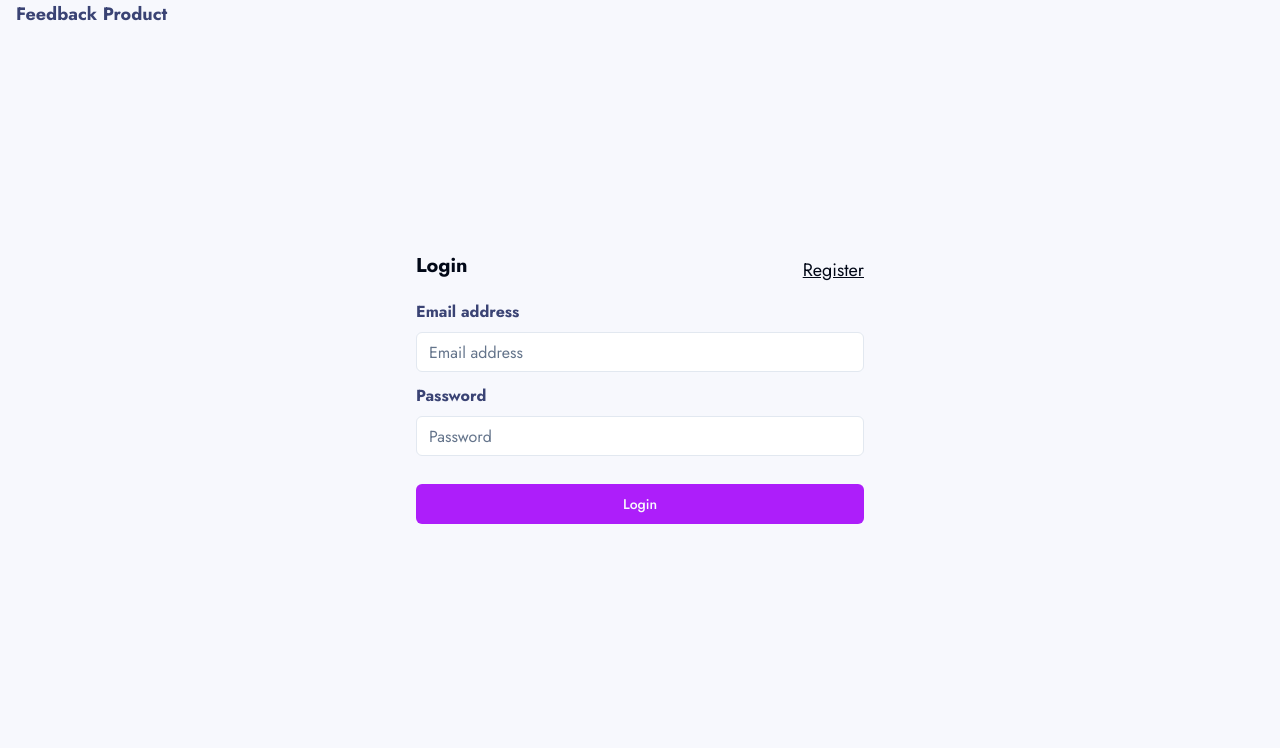
Repository: KornelJanczak/product-feedback-app
Page: /login
An editor plug-in stored every save of this project. The page is shown before and after the next save, followed by the edit.
The browser window is 1280 px wide. The pictures show the whole page.
The page's requests for data from a server got no answer. The project was rebuilt for these pictures with package versions that can differ from the ones it lists, and the page was loaded fresh each time. The framework's server and built-in components were replaced by stand-ins that run in the browser. No one was signed in, and anything a server would have sent is missing. Also part of the build but not shown: next.config.js, next.config.mjs.

Above is the page before, as saved 2024-01-28 19:46:24.

### app/layout.tsx
import type { Metadata } from "next";
import { Jost } from "next/font/google";
import { Toaster } from "sonner";
import "./globals.css";
import { authOptions } from "@/app/api/auth/[...nextauth]/options";
import { getServerSession } from "next-auth";
import AuthProvider from "@/providers/session-provider";

export const jost = Jost({
  subsets: ["latin"],
});

export const metadata: Metadata = {
  title: "Product Feedback",
  description: "Create your own section!",
};

export default async function RootLayout({
  children,
}: Readonly<{
  children: React.ReactNode;
}>) {
  const session = await getServerSession(authOptions);

  return (
    <html lang="en">
      <body
        className={`${jost.className} bg-darkWhite`}
        suppressHydrationWarning={true}
      >
        <AuthProvider session={session}>
          <Toaster position="top-center" />
          {children}
        </AuthProvider>
      </body>
    </html>
  );
}

### app/(auth)/layout.tsx
import { ReactNode } from "react";

export default function Layout({ children }: { children: ReactNode }) {
  return (
    <>
      <header className="container text-lg font-bold text-secondDark">
        <h2>Feedback Product</h2>
      </header>
      {children}
    </>
  );
}

### app/(auth)/login/page.tsx
import LoginForm from "../_components/login-form";

export default function LoginPage() {
  return <LoginForm />;
}

### app/globals.css
@tailwind base;
@tailwind components;
@tailwind utilities;

* {
  margin: 0;
  padding: 0;
}

@layer base {
  :root {
    --background: 0 0% 100%;
    --foreground: 222.2 84% 4.9%;

    --card: 0 0% 100%;
    --card-foreground: 222.2 84% 4.9%;

    --popover: 0 0% 100%;
    --popover-foreground: 222.2 84% 4.9%;

    --primary: 222.2 47.4% 11.2%;
    --primary-foreground: 210 40% 98%;

    --secondary: 210 40% 96.1%;
    --secondary-foreground: 222.2 47.4% 11.2%;

    --muted: 210 40% 96.1%;
    --muted-foreground: 215.4 16.3% 46.9%;

    --accent: 210 40% 96.1%;
    --accent-foreground: 222.2 47.4% 11.2%;

    --destructive: 0 84.2% 60.2%;
    --destructive-foreground: 210 40% 98%;

    --border: 214.3 31.8% 91.4%;
    --input: 214.3 31.8% 91.4%;
    --ring: 222.2 84% 4.9%;

    --radius: 0.5rem;
  }

  .dark {
    --background: 222.2 84% 4.9%;
    --foreground: 210 40% 98%;

    --card: 222.2 84% 4.9%;
    --card-foreground: 210 40% 98%;

    --popover: 222.2 84% 4.9%;
    --popover-foreground: 210 40% 98%;

    --primary: 210 40% 98%;
    --primary-foreground: 222.2 47.4% 11.2%;

    --secondary: 217.2 32.6% 17.5%;
    --secondary-foreground: 210 40% 98%;

    --muted: 217.2 32.6% 17.5%;
    --muted-foreground: 215 20.2% 65.1%;

    --accent: 217.2 32.6% 17.5%;
    --accent-foreground: 210 40% 98%;

    --destructive: 0 62.8% 30.6%;
    --destructive-foreground: 210 40% 98%;

    --border: 217.2 32.6% 17.5%;
    --input: 217.2 32.6% 17.5%;
    --ring: 212.7 26.8% 83.9%;
  }
}

@layer base {
  * {
    @apply border-border;
  }
  body {
    @apply bg-background text-foreground;
  }
}

### app/api/auth/[...nextauth]/options.ts
import NextAuth, { NextAuthOptions } from "next-auth";
import GithubProvider from "next-auth/providers/github";
import CredentialsProvider from "next-auth/providers/credentials";
import { PrismaAdapter } from "@next-auth/prisma-adapter";
import bcryptjs from "bcryptjs";
import prisma from "@/lib/db";

export const authOptions: NextAuthOptions = {
  adapter: PrismaAdapter(prisma),
  session: {
    strategy: "jwt",
  },
  secret: process.env.NEXTAUTH_SECRET,
  pages: {
    signIn: "/login",
  },
  providers: [
    GithubProvider({
      clientId: process.env.GITHUB_ID as string,
      clientSecret: process.env.GITHUB_SECRET as string,
    }),
    CredentialsProvider({
      name: "credentials",
      credentials: {},
      async authorize(credentials) {
        try {
          const { email, password } = credentials as {
            email: string;
            password: string;
          };

          console.log(email, password);
          const user = await prisma?.user.findFirst({
            where: {
              email,
            },
          });

          if (!user) return null;

          const passwordMatch = await bcryptjs.compare(
            password,
            user.password as string
          );

          if (!passwordMatch) return null;

          return user;
        } catch {
          return null;
        }
      },
    }),
  ],
  callbacks: {
    async signIn({ user, account }) {
      if (account?.provider == "credentials") return user;

      if (account?.provider === "github") {
        try {
          const existingUser = await prisma.user.findFirst({
            where: {
              email: user.email as string,
            },
          });

          if (existingUser) return existingUser;

          const newUser = await prisma.user.create({
            data: {
              userName: user.name!,
              email: user.email!,
            },
          });

          return newUser as any;
        } catch {
          return false;
        }
      }
    },
    async jwt({ token }) {
      const dbUser = await prisma.user.findFirst({
        where: {
          email: token.email as string,
        },
      });

      if (!dbUser) return token;

      return {
        id: dbUser.id,
        email: dbUser.email,
        name: dbUser.userName,
      };
    },

    async session({ token, session }) {
      if (token) {
        return {
          ...session,
          user: {
            email: token.email,
            name: token.name,
            id: token.id,
          },
        };
      }
      return session;
    },
    async redirect({ url, baseUrl }) {
      // if (url.startsWith("/")) return `${baseUrl}`;
      // // Allows callback URLs on the same origin
      // else if (new URL(url).origin === baseUrl) return baseUrl;
      // return baseUrl;
      return "/";
    },
  },
};

export default NextAuth(authOptions);

### providers/session-provider.tsx
"use client";
import { SessionProvider } from "next-auth/react";
import { ReactNode } from "react";
export default function AuthProvider({
  children,
  session,
}: {
  children: ReactNode;
  session: any;
}) {
  return <SessionProvider session={session}>{children}</SessionProvider>;
}

### app/(auth)/_components/login-form.tsx
"use client";
import { zodResolver } from "@hookform/resolvers/zod";
import { useForm, SubmitHandler } from "react-hook-form";
import {
  Form,
  FormControl,
  FormField,
  FormItem,
  FormLabel,
  FormMessage,
} from "@/components/ui/form";
import { Input } from "@/components/ui/input";
import * as z from "zod";
import { useRouter } from "next/navigation";
import SubmitBtn from "./submit-btn";
import { signIn } from "next-auth/react";
import { useState } from "react";
import { toast } from "sonner";
import { loginFormSchema } from "@/models/@auth-schema";

export default function LoginForm() {
  const router = useRouter();
  const [pending, setPending] = useState<boolean>(false);

  type Inputs = z.infer<typeof loginFormSchema>;

  const form = useForm<z.infer<typeof loginFormSchema>>({
    resolver: zodResolver(loginFormSchema),
    defaultValues: {
      email: "",
      password: "",
    },
  });

  const processForm: SubmitHandler<Inputs> = async (data) => {
    setPending(true);
    try {
      await signIn("credentials", data);
      toast.success("You are logged!");
    } catch {
      toast.error("Something went wrong");
    } finally {
      setPending(false);
    }
  };

  return (
    <section className="container h-screen flex items-center justify-center ">
      <Form {...form}>
        <form
          className="max-w-md w-full"
          onSubmit={form.handleSubmit(processForm)}
        >
          <div className="flex justify-between items-center">
            <h3 className="font-bold text-xl pb-2">Login</h3>
            <span
              className="text-lg cursor-pointer underline hover:text-pink hover:transition duration-300"
              onClick={() => router.push("/register")}
            >
              Register
            </span>
          </div>
          <FormField
            control={form.control}
            name="email"
            render={({ field }) => (
              <FormItem className="pt-2 md:pt-3">
                <FormLabel className="md:text-base">Email address</FormLabel>
                <FormControl>
                  <Input
                    placeholder="Email address"
                    {...field}
                    className="md:text-base"
                    type="email"
                    required
                  />
                </FormControl>
                <FormMessage className="md:text-base" />
              </FormItem>
            )}
          />
          <FormField
            control={form.control}
            name="password"
            render={({ field }) => (
              <FormItem className="pt-2 md:pt-3">
                <FormLabel className="md:text-base">Password</FormLabel>
                <FormControl>
                  <Input
                    placeholder="Password"
                    {...field}
                    className="md:text-base"
                    type="password"
                    required
                  />
                </FormControl>
                <FormMessage className="md:text-base" />
              </FormItem>
            )}
          />
          <SubmitBtn pending={pending}>Login</SubmitBtn>
        </form>
      </Form>
    </section>
  );
}

### components/ui/form.tsx
import * as React from "react"
import * as LabelPrimitive from "@radix-ui/react-label"
import { Slot } from "@radix-ui/react-slot"
import {
  Controller,
  ControllerProps,
  FieldPath,
  FieldValues,
  FormProvider,
  useFormContext,
} from "react-hook-form"

import { cn } from "@/lib/utils"
import { Label } from "@/components/ui/label"

const Form = FormProvider

type FormFieldContextValue<
  TFieldValues extends FieldValues = FieldValues,
  TName extends FieldPath<TFieldValues> = FieldPath<TFieldValues>
> = {
  name: TName
}

const FormFieldContext = React.createContext<FormFieldContextValue>(
  {} as FormFieldContextValue
)

const FormField = <
  TFieldValues extends FieldValues = FieldValues,
  TName extends FieldPath<TFieldValues> = FieldPath<TFieldValues>
>({
  ...props
}: ControllerProps<TFieldValues, TName>) => {
  return (
    <FormFieldContext.Provider value={{ name: props.name }}>
      <Controller {...props} />
    </FormFieldContext.Provider>
  )
}

const useFormField = () => {
  const fieldContext = React.useContext(FormFieldContext)
  const itemContext = React.useContext(FormItemContext)
  const { getFieldState, formState } = useFormContext()

  const fieldState = getFieldState(fieldContext.name, formState)

  if (!fieldContext) {
    throw new Error("useFormField should be used within <FormField>")
  }

  const { id } = itemContext

  return {
    id,
    name: fieldContext.name,
    formItemId: `${id}-form-item`,
    formDescriptionId: `${id}-form-item-description`,
    formMessageId: `${id}-form-item-message`,
    ...fieldState,
  }
}

type FormItemContextValue = {
  id: string
}

const FormItemContext = React.createContext<FormItemContextValue>(
  {} as FormItemContextValue
)

const FormItem = React.forwardRef<
  HTMLDivElement,
  React.HTMLAttributes<HTMLDivElement>
>(({ className, ...props }, ref) => {
  const id = React.useId()

  return (
    <FormItemContext.Provider value={{ id }}>
      <div ref={ref} className={cn("space-y-2", className)} {...props} />
    </FormItemContext.Provider>
  )
})
FormItem.displayName = "FormItem"

const FormLabel = React.forwardRef<
  React.ElementRef<typeof LabelPrimitive.Root>,
  React.ComponentPropsWithoutRef<typeof LabelPrimitive.Root>
>(({ className, ...props }, ref) => {
  const { error, formItemId } = useFormField()

  return (
    <Label
      ref={ref}
      className={cn(error && "text-destructive", className)}
      htmlFor={formItemId}
      {...props}
    />
  )
})
FormLabel.displayName = "FormLabel"

const FormControl = React.forwardRef<
  React.ElementRef<typeof Slot>,
  React.ComponentPropsWithoutRef<typeof Slot>
>(({ ...props }, ref) => {
  const { error, formItemId, formDescriptionId, formMessageId } = useFormField()

  return (
    <Slot
      ref={ref}
      id={formItemId}
      aria-describedby={
        !error
          ? `${formDescriptionId}`
          : `${formDescriptionId} ${formMessageId}`
      }
      aria-invalid={!!error}
      {...props}
    />
  )
})
FormControl.displayName = "FormControl"

const FormDescription = React.forwardRef<
  HTMLParagraphElement,
  React.HTMLAttributes<HTMLParagraphElement>
>(({ className, ...props }, ref) => {
  const { formDescriptionId } = useFormField()

  return (
    <p
      ref={ref}
      id={formDescriptionId}
      className={cn("text-sm text-muted-foreground", className)}
      {...props}
    />
  )
})
FormDescription.displayName = "FormDescription"

const FormMessage = React.forwardRef<
  HTMLParagraphElement,
  React.HTMLAttributes<HTMLParagraphElement>
>(({ className, children, ...props }, ref) => {
  const { error, formMessageId } = useFormField()
  const body = error ? String(error?.message) : children

  if (!body) {
    return null
  }

  return (
    <p
      ref={ref}
      id={formMessageId}
      className={cn("text-sm font-medium text-destructive", className)}
      {...props}
    >
      {body}
    </p>
  )
})
FormMessage.displayName = "FormMessage"

export {
  useFormField,
  Form,
  FormItem,
  FormLabel,
  FormControl,
  FormDescription,
  FormMessage,
  FormField,
}

### components/ui/input.tsx
import * as React from "react";

import { cn } from "@/lib/utils";

export interface InputProps
  extends React.InputHTMLAttributes<HTMLInputElement> {}

const Input = React.forwardRef<HTMLInputElement, InputProps>(
  ({ className, type, ...props }, ref) => {
    return (
      <input
        type={type}
        className={cn(
          "hover:border-blue focus:border-transparent text-grey flex h-10 w-full rounded-md border border-input bg-background px-3 py-2 text-sm ring-offset-background file:border-0 file:bg-transparent file:text-sm file:font-medium placeholder:text-muted-foreground focus-visible:outline-none focus-visible:ring-2 focus-visible:ring-ring focus-visible:ring-offset-2 disabled:cursor-not-allowed disabled:opacity-50",
          className
        )}
        ref={ref}
        {...props}
      />
    );
  }
);
Input.displayName = "Input";

export { Input };

### app/(auth)/_components/submit-btn.tsx
"use client";
import React from "react";
import ClipLoader from "react-spinners/ClipLoader";
import { Button } from "@/components/ui/button";
import { ReactNode } from "react";

interface SubmitBtnProps {
  className?: string;
  pending?: boolean;
  children: ReactNode;
}

const SubmitBtn: React.FC<SubmitBtnProps> = React.memo(
  ({ className, children, pending }) => {
    return (
      <Button
        className={`mt-5 w-full bg-pink hover:opacity-70 hover:bg-pink hover:transition duration-300 lg:mt-7 ${className}`}
        type="submit"
        aria-disabled={pending}
      >
        {pending ? <ClipLoader size={24} color="#3A4374" /> : children}
      </Button>
    );
  }
);

SubmitBtn.displayName = "SubmitBtn";

export default SubmitBtn;

### models/@auth-schema.ts
import * as z from "zod";

const validation = {
  email: z.string().email({ message: "Email must contain @ symbol." }),
  password: z
    .string()
    .min(5, { message: "Password must contain at lesat 5 symbol" })
    .regex(/[A-Z]/, {
      message: "Password must contain at least one uppercase letter.",
    })
    .regex(/[a-z]/, {
      message: "Password must contain at least one lowercase letter.",
    })
    .regex(/[0-9]/, { message: "Password must contain at least one digit." })
    .regex(/[@#$%^&+=!]/, {
      message: "Password must contain at least one special character.",
    }),
};

export const registerFormSchema = z
  .object({
    username: z.string().min(2, {
      message: "Username must be at least 2 characters.",
    }),
    ...validation,
    repeatPassword: z.string(),
  })
  .refine((data) => data.password === data.repeatPassword, {
    message: "Passwords do not match.",
  });

export const loginFormSchema = z.object({ ...validation });

### components/ui/label.tsx
"use client"

import * as React from "react"
import * as LabelPrimitive from "@radix-ui/react-label"
import { cva, type VariantProps } from "class-variance-authority"

import { cn } from "@/lib/utils"

const labelVariants = cva(
  "text-sm font-medium leading-none peer-disabled:cursor-not-allowed peer-disabled:opacity-70"
)

const Label = React.forwardRef<
  React.ElementRef<typeof LabelPrimitive.Root>,
  React.ComponentPropsWithoutRef<typeof LabelPrimitive.Root> &
    VariantProps<typeof labelVariants>
>(({ className, ...props }, ref) => (
  <LabelPrimitive.Root
    ref={ref}
    className={cn(labelVariants(), className, "text-secondDark font-bold")}
    {...props}
  />
))
Label.displayName = LabelPrimitive.Root.displayName

export { Label }

### components/ui/button.tsx
import * as React from "react";
import { Slot } from "@radix-ui/react-slot";
import { cva, type VariantProps } from "class-variance-authority";

import { cn } from "@/lib/utils";

const buttonVariants = cva(
  "inline-flex items-center justify-center whitespace-nowrap rounded-md text-sm font-medium ring-offset-background transition-colors focus-visible:outline-none focus-visible:ring-2 focus-visible:ring-ring focus-visible:ring-offset-2 disabled:pointer-events-none disabled:opacity-50",
  {
    variants: {
      variant: {
        default: "bg-primary text-primary-foreground hover:bg-primary/90",
        destructive:
          "bg-destructive text-destructive-foreground hover:bg-destructive/90",
        outline:
          "border border-input bg-background hover:bg-accent hover:text-accent-foreground",
        secondary:
          "bg-secondary text-secondary-foreground hover:bg-secondary/80",
        ghost: "hover:bg-accent hover:text-accent-foreground",
        link: "text-primary underline-offset-4 hover:underline",
      },
      size: {
        default: "h-10 px-4 py-2",
        sm: "h-9 rounded-md px-3",
        lg: "h-11 rounded-md px-8",
        icon: "h-10 w-10",
      },
    },
    defaultVariants: {
      variant: "default",
      size: "default",
    },
  }
);

export interface ButtonProps
  extends React.ButtonHTMLAttributes<HTMLButtonElement>,
    VariantProps<typeof buttonVariants> {
  asChild?: boolean;
}

const Button = React.forwardRef<HTMLButtonElement, ButtonProps>(
  ({ className, variant, size, asChild = false, ...props }, ref) => {
    const Comp = asChild ? Slot : "button";
    return (
      <Comp
        className={cn(buttonVariants({ variant, size, className }))}
        ref={ref}
        {...props}
      />
    );
  }
);
Button.displayName = "Button";

export { Button, buttonVariants };

### tailwind.config.ts
import type { Config } from "tailwindcss";

const config = {
  darkMode: ["class"],
  content: [
    "./pages/**/*.{ts,tsx}",
    "./components/**/*.{ts,tsx}",
    "./app/**/*.{ts,tsx}",
    "./src/**/*.{ts,tsx}",
  ],
  prefix: "",
  theme: {
    container: {
      center: true,
      padding: {
        DEFAULT: "1rem",
        sm: "1rem",
        lg: "4rem",
        xl: "5rem",
        "2xl": "6rem",
      },
      screens: {
        default: "1400px",
        "2xl": "1400px",
      },
    },
    extend: {
      // fontFamily: {
      //   jost: ["var(--jost)"],
      //   ...fontFamily.jost,
      // },
      colors: {
        border: "hsl(var(--border))",
        input: "hsl(var(--input))",
        ring: "hsl(var(--ring))",
        background: "hsl(var(--background))",
        foreground: "hsl(var(--foreground))",
        primary: {
          DEFAULT: "hsl(var(--primary))",
          foreground: "hsl(var(--primary-foreground))",
        },
        secondary: {
          DEFAULT: "hsl(var(--secondary))",
          foreground: "hsl(var(--secondary-foreground))",
        },
        destructive: {
          DEFAULT: "hsl(var(--destructive))",
          foreground: "hsl(var(--destructive-foreground))",
        },
        muted: {
          DEFAULT: "hsl(var(--muted))",
          foreground: "hsl(var(--muted-foreground))",
        },
        accent: {
          DEFAULT: "hsl(var(--accent))",
          foreground: "hsl(var(--accent-foreground))",
        },
        popover: {
          DEFAULT: "hsl(var(--popover))",
          foreground: "hsl(var(--popover-foreground))",
        },
        card: {
          DEFAULT: "hsl(var(--card))",
          foreground: "hsl(var(--card-foreground))",
        },
        pink: "#AD1EFA",
        blue: "#4661E6",
        lighterBlue: "#62BCFA",
        dark: "rgb(55, 63, 104)",
        secondDark: "#3A4374",
        grey: "#647196",
        orange: "#F49F85",
        basicWhite: "#ffffff",
        middleWhite: "#F2F4FF",
        darkWhite: "#F7F8FD",
      },
      borderRadius: {
        lg: "var(--radius)",
        md: "calc(var(--radius) - 2px)",
        sm: "calc(var(--radius) - 4px)",
      },
      keyframes: {
        "accordion-down": {
          from: { height: "0" },
          to: { height: "var(--radix-accordion-content-height)" },
        },
        "accordion-up": {
          from: { height: "var(--radix-accordion-content-height)" },
          to: { height: "0" },
        },
      },
      animation: {
        "accordion-down": "accordion-down 0.2s ease-out",
        "accordion-up": "accordion-up 0.2s ease-out",
      },
    },
  },
  plugins: [require("tailwindcss-animate")],
} satisfies Config;

export default config;

Loaded but not shown: lib/db.ts (common file); lib/utils.ts (common file)

After the next save:
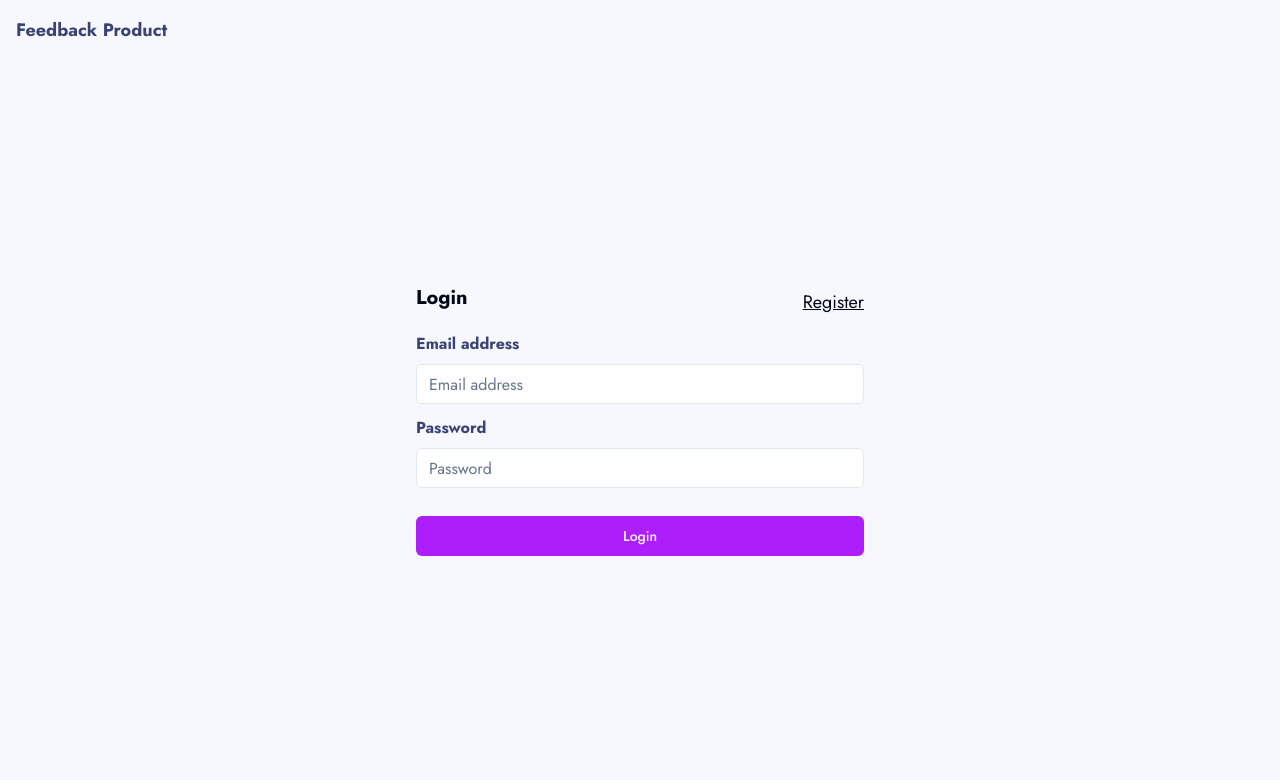
Saved 13 s later.
--- a/app/(auth)/layout.tsx
+++ b/app/(auth)/layout.tsx
@@ -3,7 +3,7 @@ import { ReactNode } from "react";
 export default function Layout({ children }: { children: ReactNode }) {
   return (
     <>
-      <header className="container text-lg font-bold text-secondDark">
+      <header className="container text-lg font-bold text-secondDark p-4">
         <h2>Feedback Product</h2>
       </header>
       {children}
